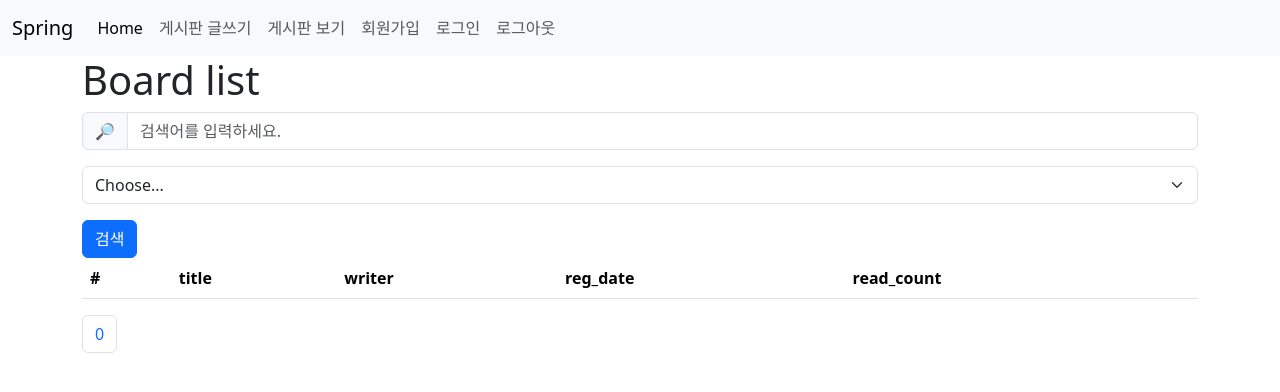
Repository: kimnoanoa/springTest240430
Page: http://localhost/spring_study/WEB-INF/views/board/list.jsp
The author's editor kept a copy of each file at every save. The page is drawn from the files as they stood at one save, then again after the next save.
The browser window is 1280 px wide. The pictures show the whole page.
The page is served by Tomcat 9. Nobody is signed in. The template is opened directly, without the code that normally fills it, so the values that code supplies are empty.

Above is the page before, as saved 2024-04-25 02:39:16.

After the next save:
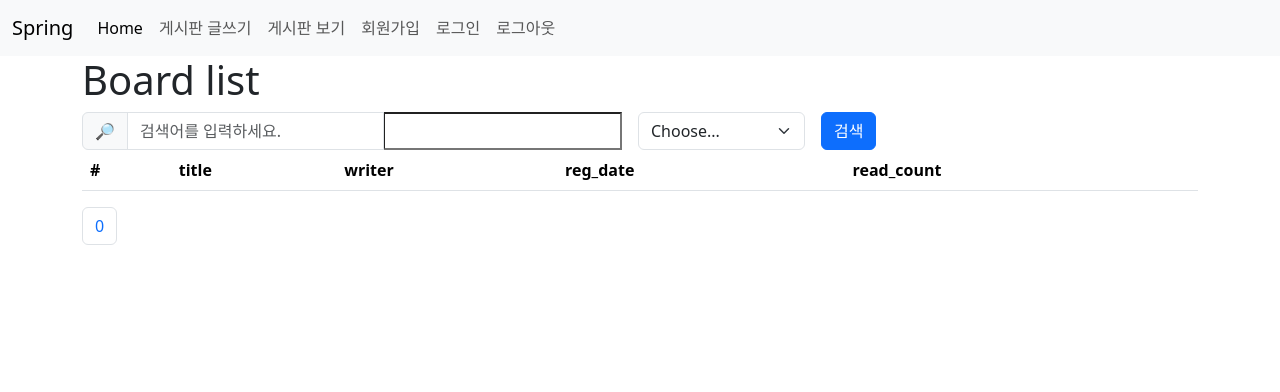
Saved 3 min 33 s later.
--- a/spring_study/src/main/webapp/WEB-INF/views/board/list.jsp
+++ b/spring_study/src/main/webapp/WEB-INF/views/board/list.jsp
@@ -6,13 +6,13 @@
 <div class="container-md">
 	<h1>Board list</h1>
 	<!-- 검색 -->
-	<form action="/board/list" method="get" class="row g-3">
-	<form class="row row-cols-lg-auto g-3 align-items-center">
+	<form action="/board/list" method="get" class="row row-cols-lg-auto g-3 align-items-center">
   <div class="col-12">
     <label class="visually-hidden" for="inlineFormInputGroupUsername">Username</label>
     <div class="input-group">
       <div class="input-group-text">🔎</div>
-      <input type="text" class="form-control" id="inlineFormInputGroupUsername" placeholder="검색어를 입력하세요.">
+      <input type="text" name="keyword" class="form-control" id="inlineFormInputGroupUsername" placeholder="검색어를 입력하세요.">
+      <input type="">
     </div>
   </div>
 
@@ -23,8 +23,13 @@
       <option value="1">Title</option>
       <option value="2">Writer</option>
       <option value="3">Content</option>
+      <option value="3">title&Content</option>
+      <option value="3">writer&Content</option>
+      <option value="3">title&writer</option>
+      <option value="3">all</option>
     </select>
   </div>
+
 
   <div class="col-12">
     <button type="submit" class="btn btn-primary">검색</button>
